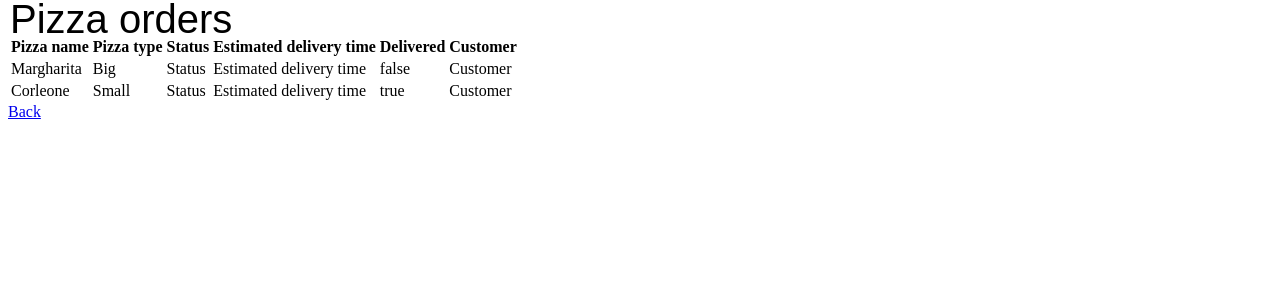
Repository: lukas77pro/html_css_js
Page: html/Test/WebContent/Tabela.html
The author's editor kept a copy of each file at every save. The page is drawn from the files as they stood at one save, then again after the next save.
The browser window is 1280 px wide. The pictures show the whole page.

Above is the page before, as saved 2015-07-10 13:33:42.

After the next save:
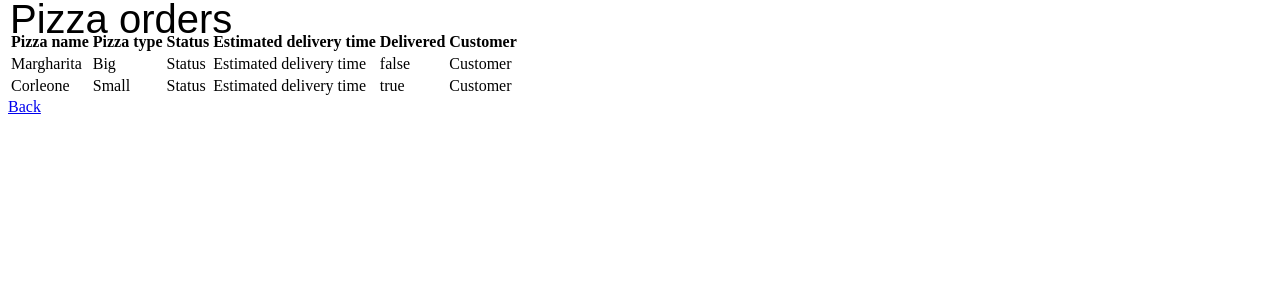
Saved 4 s later.
--- a/html/Test/WebContent/Styl.css
+++ b/html/Test/WebContent/Styl.css
@@ -27,7 +27,7 @@
 
 table {
 	border-bottom: thick single #ffffff;
-	border-top: thick double #ffffff;
+	border-top: thick single #ffffff;
 }
 
 tr:nth-child(even):hover {

After the 2 saves that followed:
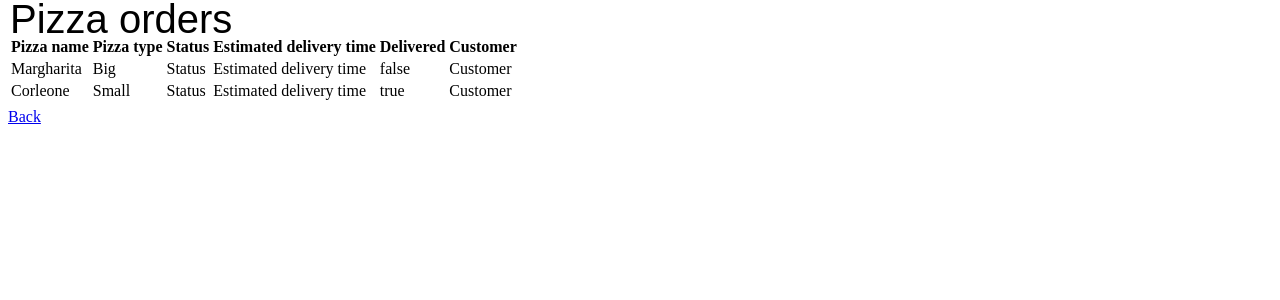
The 2 saves are shown as one change because they came seconds apart.
The last was saved 9 s later.
--- a/html/Test/WebContent/Styl.css
+++ b/html/Test/WebContent/Styl.css
@@ -26,8 +26,8 @@
 
 
 table {
-	border-bottom: thick single #ffffff;
-	border-top: thick single #ffffff;
+	border-bottom: thick solid #ffffff;
+	border-top: thick solid #ffffff;
 }
 
 tr:nth-child(even):hover {
